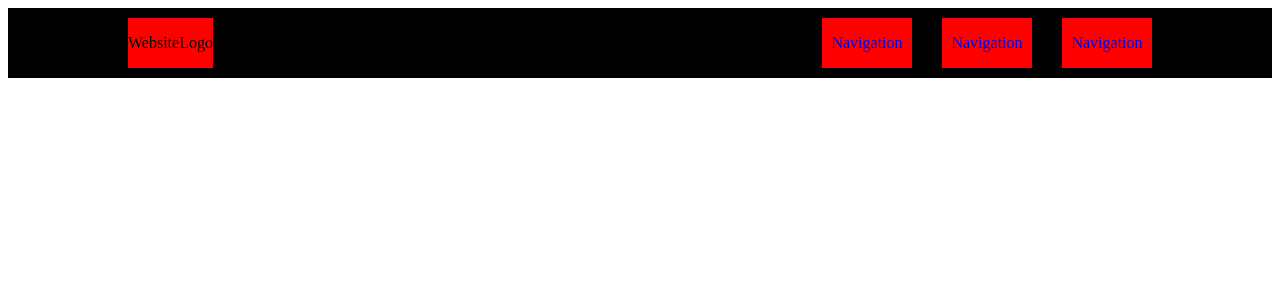
Repository: piotrokrutniak/Projekt-Studia
Page: index.html
An editor plug-in stored every save of this project. The page is shown before and after the next save, followed by the edit.
The browser window is 1280 px wide. The pictures show the whole page.

Above is the page before, as saved 2023-03-04 02:50:31.

After the next save:
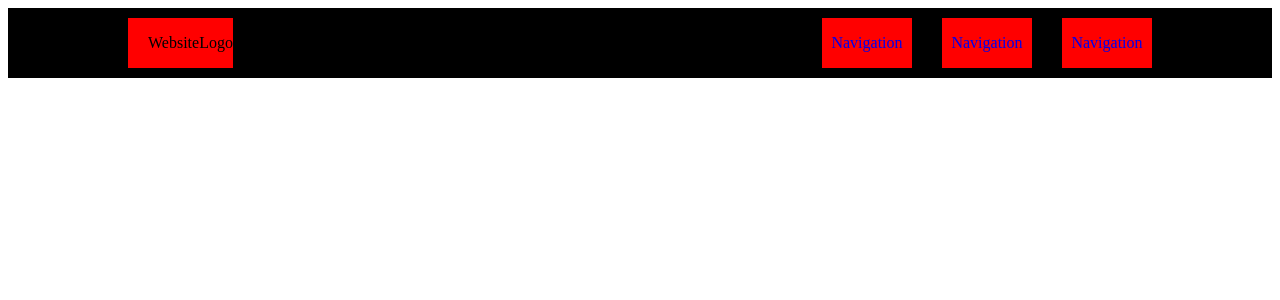
Saved 7 s later.
--- a/styles.css
+++ b/styles.css
@@ -56,7 +56,7 @@ a{
     position: relative;
     background: red;
     height: 50px;
-    padding: left 20px;
+    padding-left: 20px;
 }
 
 .logo-contents{
